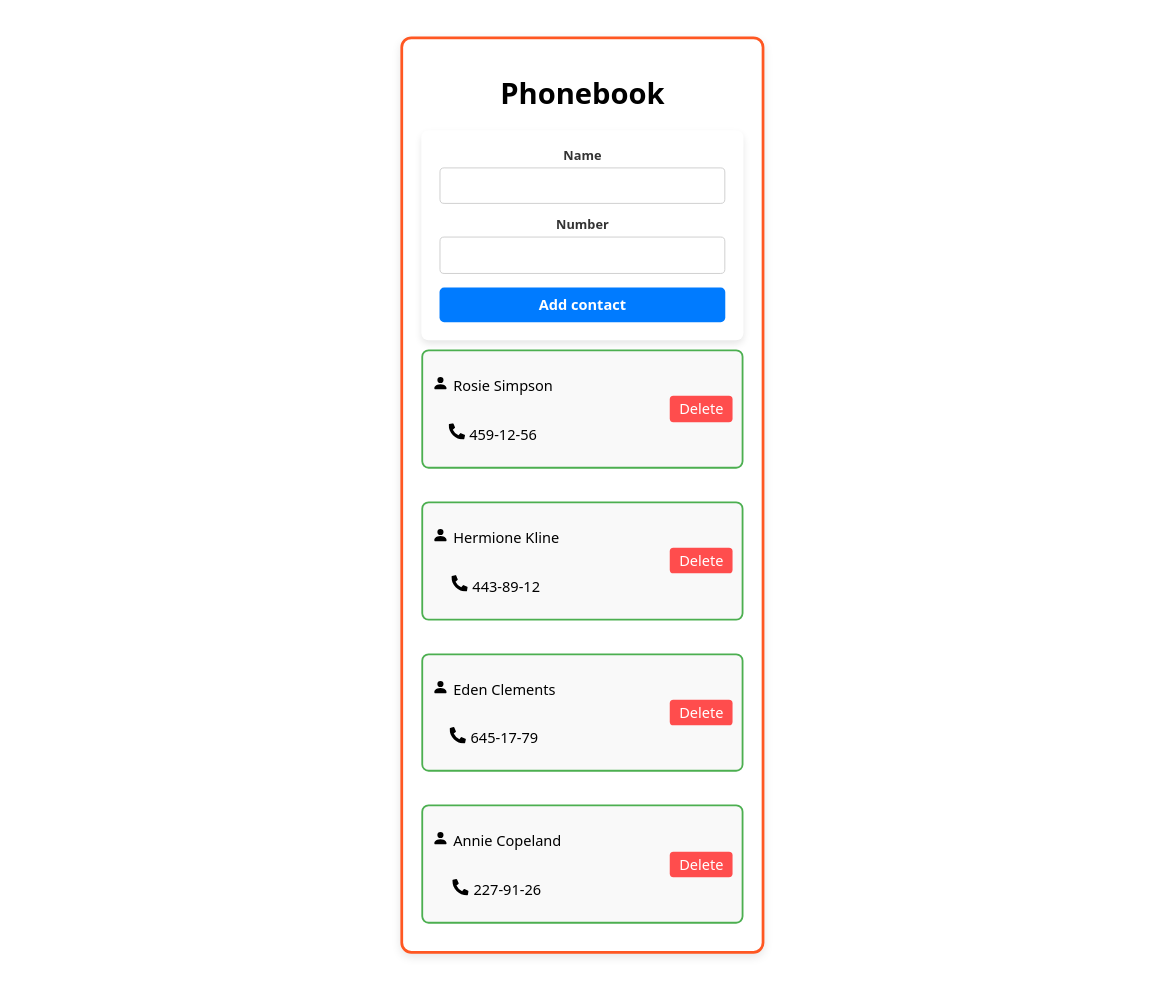
Repository: Evgeniya-Tishakova/goit-react-hw-03
Page: /
The author's editor kept a copy of each file at every save. The page is drawn from the files as they stood at one save, then again after the next save.
The browser window is 1280 px wide. The pictures show the whole page, at 91% of full size.
The project was rebuilt for these pictures with package versions that can differ from the ones it lists, and the page was loaded fresh each time. Also part of the build but not shown: vite.config.js, src/index.css.

Above is the page before, as saved 2025-03-09 15:30:34.

### src/main.jsx
import { StrictMode } from "react";
import { createRoot } from "react-dom/client";
import "./index.css";
import App from "./components/App/App";
import "modern-normalize";

createRoot(document.getElementById("root")).render(
  <StrictMode>
    <App />
  </StrictMode>
);

### src/components/App/App.jsx
import { useState } from "react";
import { nanoid } from "nanoid";

import css from "./App.module.css";
import ContactForm from "../ContactForm/ContactForm";
import ContactList from "../ContactList/ContactList";

export default function App() {
  const [users, setUsers] = useState([
    { id: "id-1", name: "Rosie Simpson", number: "459-12-56" },
    { id: "id-2", name: "Hermione Kline", number: "443-89-12" },
    { id: "id-3", name: "Eden Clements", number: "645-17-79" },
    { id: "id-4", name: "Annie Copeland", number: "227-91-26" },
  ]);
  const [filterContacts, setFilterContacts] = useState("");

  const addUser = (newUser) => {
    setUsers((prevUsers) => {
      return [...prevUsers, newUser];
    });
  };

  const deleteUser = (userId) => {
    console.log(userId);
  };

  const searchUsers = users.filter((user) => user.name.toLowerCase());

  return (
    <>
      <div className={css.container}>
        <h1 className={css.title}>Phonebook</h1>
        <ContactForm onAdd={addUser} />
        <ContactList users={users} onDelete={deleteUser} />
      </div>
    </>
  );
}

### src/components/App/App.module.css
.container {
  max-width: 400px;
  margin: 40px auto;
  padding: 20px;
  border: 3px solid #ff5722;
  border-radius: 12px;
  background-color: #fff;
  box-shadow: 0px 4px 10px rgba(0, 0, 0, 0.1);
  text-align: center;
}

### src/components/ContactForm/ContactForm.jsx
import { Formik, Form, Field, ErrorMessage } from "formik";
import css from "./ContactForm.module.css";
import * as Yup from "yup";
import { nanoid } from "nanoid";

const UserSchema = Yup.object().shape({
  name: Yup.string()
    .min(3, "Too Short!")
    .max(50, "Too Long!")
    .required("Required"),
  number: Yup.number()
    .min(3, "Too short")
    .max(50, "Too long")
    .required("Required"),
});

export default function ContactForm({ onAdd }) {
  const initialValues = {
    name: "",
    number: "",
  };

  const handleSubmit = (values, actions) => {
    console.log("handleSubmit", values);

    onAdd(values, (id = nanoid));
    actions.resetForm();
  };

  // const handleSubmit =(event) => {
  // event.preventDefault();
  //   onAdd({
  //     name: event.target.elements.name.value;
  //     number: event.target.elements.number.value;
  //   })
  // }

  return (
    <Formik
      initialValues={initialValues}
      onSubmit={handleSubmit}
      validation={UserSchema}
    >
      {(props) => (
        <Form className={css.form} onSubmit={props.handleSubmit}>
          <div className={css.container}>
            <label className={css.label}>Name</label>
            <Field className={css.input} type="text" name="name" />
            <ErrorMessage className={css.error} name="name" component="span" />
          </div>
          <div className={css.container}>
            <label className={css.label}>Number</label>
            <Field className={css.input} type="text" name="number" />
            <ErrorMessage
              className={css.error}
              name="number"
              component="span"
            />
          </div>

          <button className={css.button} type="submit">
            Add contact
          </button>
        </Form>
      )}
    </Formik>
  );
}

### src/components/ContactList/ContactList.jsx
import css from "./ContactList.module.css";
import Contact from "../Contact/Contact";

export default function ContactList({ users, onDelete }) {
  return (
    <ul className={css.list}>
      {users.map((user) => (
        <li className={css.item}>
          <Contact
            key={user.id}
            name={user.name}
            number={user.number}
            onDelete={onDelete}
          />
        </li>
      ))}
    </ul>
  );
}

### src/components/ContactForm/ContactForm.module.css
.form {
    display: flex;
    flex-direction: column;
    align-items: center;
    gap: 15px;
    background-color: #fff;
    padding: 20px;
    border-radius: 8px;
    box-shadow: 0 4px 8px rgba(0, 0, 0, 0.1);
    max-width: 400px;
    margin: 0 auto;
}

.container {
    display: flex;
    flex-direction: column;
    width: 100%;
}


.label {
    font-size: 14px;
    font-weight: 600;
    color: #333;
    margin-bottom: 5px;
}

.input {
    width: 100%;
    padding: 10px;
    border: 1px solid #ccc;
    border-radius: 5px;
    font-size: 16px;
    transition: border 0.3s ease;
}

.input:focus {
    border-color: #007bff;
    outline: none;
}

.button {
    width: 100%;
    padding: 10px;
    background-color: #007bff;
    color: white;
    font-size: 16px;
    font-weight: bold;
    border: none;
    border-radius: 5px;
    cursor: pointer;
    transition: background 0.3s ease;
}

.button:hover {
    background-color: #0056b3;
}

.button:active {
    background-color: #004494;
}


.error {
    font-size: 14px;
    color: orangered;
}

### src/components/ContactList/ContactList.module.css
.list {
    margin: 0;
    padding: 0;
    display: flex;
    flex-direction: column;
    gap: 16px;
}

.item {
    border: 2px solid #4caf50;
    border-radius: 8px;
    padding: 10px;
    margin: 10px 0;
    display: flex;
    justify-content: space-between;
    align-items: center;
    background-color: #f9f9f9;
}

.item:hover {
    background-color: #e8f5e9;
}

### src/components/Contact/Contact.jsx
import css from "./Contact.module.css";
import { BsPersonFill } from "react-icons/bs";
import { FaPhoneAlt } from "react-icons/fa";

export default function Contact({ id, name, number, onDelete }) {
  return (
    <>
      <div className={css.container}>
        <p className={css.text}>
          <BsPersonFill className={css.icon} />
          {name}
        </p>
        <p className={css.text}>
          <FaPhoneAlt className={css.icon} />
          {number}
        </p>
      </div>
      <button className={css.button} onClick={() => onDelete}>
        Delete
      </button>
    </>
  );
}

### src/components/Contact/Contact.module.css
.container {
    display: flex;
    flex-direction: column;



}



.button {
    padding: 5px 10px;
    background-color: #ff4d4d;
    border: none;
    color: white;
    border-radius: 4px;
    cursor: pointer;
    transition: background 0.3s;
}


.button:hover {
    background-color: #cc0000;
}

.icon {
    margin-right: 5px;



    width: 18px;
    height: 18px;
}

Loaded but not shown: index.html (common file)

After the next save:
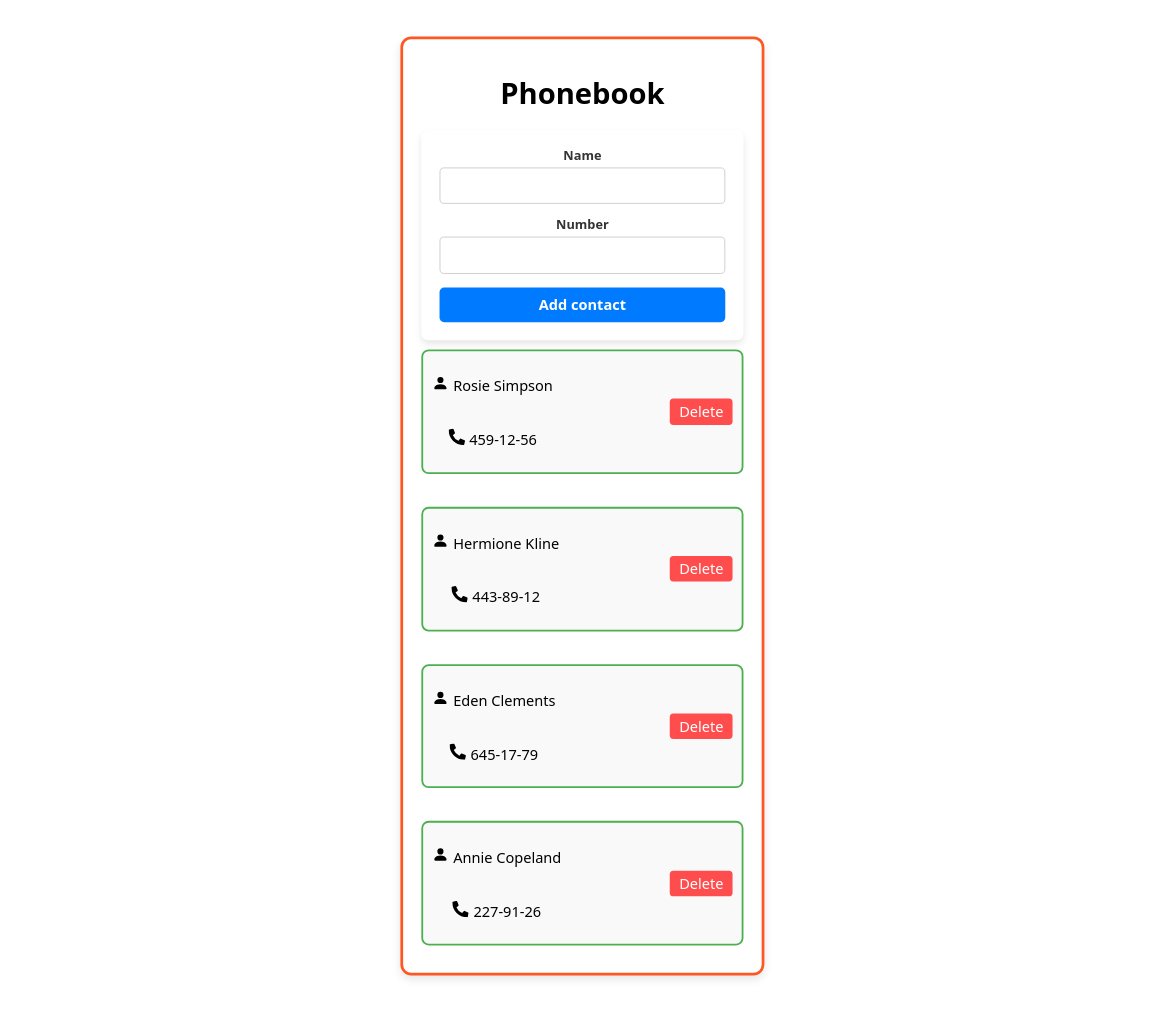
Saved 33 s later.
--- a/src/components/Contact/Contact.module.css
+++ b/src/components/Contact/Contact.module.css
@@ -1,7 +1,7 @@
 .container {
     display: flex;
     flex-direction: column;
-
+    gap: 6px;
 
 
 }
